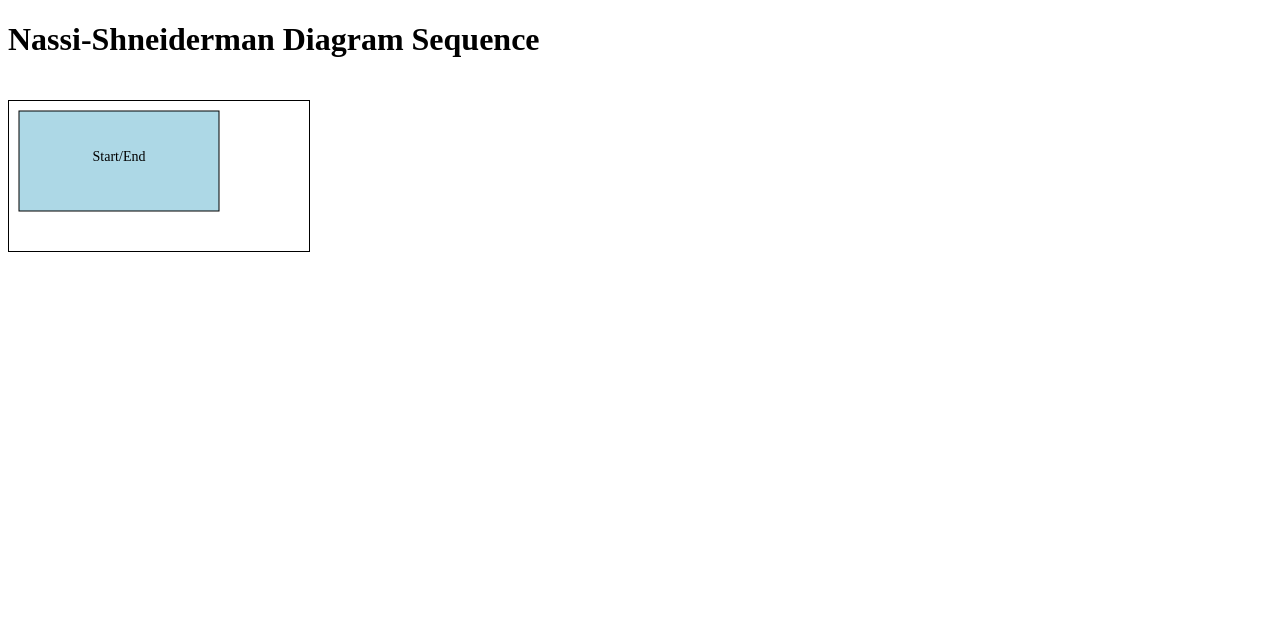
Repository: fabsch225/Nassi-Shneiderman-Compiler
Page: demo.html
The author's editor kept a copy of each file at every save. The page is drawn from the files as they stood at one save, then again after the next save.
The browser window is 1280 px wide. The pictures show the whole page.

Above is the page before, as saved 2024-05-15 21:06:24.

### demo.html
<!DOCTYPE html>
<html lang="en">
<head>
<meta charset="UTF-8">
<meta name="viewport" content="width=device-width, initial-scale=1.0">
<title>Nassi-Shneiderman Diagram Sequence</title>
<style>
    svg {
        border: 1px solid black;
        margin: 20px auto;
    }
</style>
</head>
<body>
<h1>Nassi-Shneiderman Diagram Sequence</h1>
<svg id="canvas"></svg>

<script>
    function createStartEndBlock(x, y, width, height) {
        return `<rect x="${x}" y="${y}" width="${width}" height="${height}" stroke="black" fill="lightblue" />
                <text x="${x + width / 2}" y="${y + height / 2}" font-size="14px" fill="black" text-anchor="middle">Start/End</text>`;
    }

    function createSequenceBlock(x, y, width, height) {
        return `<rect x="${x}" y="${y}" width="${width}" height="${height}" stroke="black" fill="lightgreen" />
                <text x="${x + width / 2}" y="${y + height / 2}" font-size="14px" fill="black" text-anchor="middle">Sequence</text>`;
    }

    function createDecisionBlock(x, y, width, height) {
        return `<polygon points="${x},${y + height / 2} ${x + width / 2},${y} ${x + width},${y + height / 2} ${x + width / 2},${y + height}" stroke="black" fill="lightyellow" />
                <text x="${x + width / 2}" y="${y + height / 2}" font-size="14px" fill="black" text-anchor="middle">Decision</text>`;
    }

    function createLoopBlock(x, y, width, height) {
        return `<rect x="${x}" y="${y}" width="${width}" height="${height}" stroke="black" fill="lightcoral" />
                <text x="${x + width / 2}" y="${y + height / 2}" font-size="14px" fill="black" text-anchor="middle">Loop</text>`;
    }

    function createForeachBlock(x, y, width, height) {
        const textX = x + width / 2;
        const textY = y + height / 2;
        const lineHeight = 20;
        const textIndent = 10;

        return `<rect x="${x}" y="${y}" width="${width}" height="${height}" stroke="black" fill="lightpink" />
                <text x="${textX}" y="${textY - lineHeight}" font-size="14px" fill="black" text-anchor="middle">Foreach</text>
                <text x="${textX}" y="${textY}" font-size="14px" fill="black" text-anchor="middle">Item:</text>
                <text x="${textX}" y="${textY + lineHeight}" font-size="14px" fill="black" text-anchor="middle" style="text-indent: ${textIndent}px;">Loop body</text>`;
    }

    function createJumpBlock(x, y, width, height) {
        return `<rect x="${x}" y="${y}" width="${width}" height="${height}" stroke="black" fill="lightgrey" />
                <text x="${x + width / 2}" y="${y + height / 2}" font-size="14px" fill="black" text-anchor="middle">Jump</text>`;
    }

    function createSwitchCaseBlock(x, y, width, height, cases) {
        const caseHeight = height / (cases.length + 1);
        let switchCaseSVG = `<rect x="${x}" y="${y}" width="${width}" height="${height}" stroke="black" fill="lightcyan" />`;

        cases.forEach((item, index) => {
            const caseY = y + caseHeight * (index + 1);
            switchCaseSVG += `<text x="${x + width / 2}" y="${caseY}" font-size="14px" fill="black" text-anchor="middle">${item}</text>`;
        });

        switchCaseSVG += `<text x="${x + width / 2}" y="${y + 20}" font-size="14px" fill="black" text-anchor="middle">Switch</text>`;
        return switchCaseSVG;
    }

    var svgContainer = document.getElementById('canvas');
    const blockWidth = 200;
    const blockHeight = 100;
    const gap = 50;
    let currentY = 10;

    // Create Start/End Block
    svgContainer.innerHTML += createStartEndBlock(10, currentY, blockWidth, blockHeight);
    currentY += blockHeight + gap;

    // Create Sequence Block
    svgContainer.innerHTML += createSequenceBlock(10, currentY, blockWidth, blockHeight);
    currentY += blockHeight + gap;

    // Create Decision Block
    svgContainer.innerHTML += createDecisionBlock(10, currentY, blockWidth, blockHeight);
    currentY += blockHeight + gap;

    // Create Loop Block
    svgContainer.innerHTML += createLoopBlock(10, currentY, blockWidth, blockHeight);
    currentY += blockHeight + gap;

    // Create Foreach Block
    svgContainer.innerHTML += createForeachBlock(10, currentY, blockWidth, blockHeight);
    currentY += blockHeight + gap;

    // Create Jump Block
    svgContainer.innerHTML += createJumpBlock(10, currentY, blockWidth, blockHeight);
    currentY += blockHeight + gap;

    // Create Switch Case Block
    svgContainer.innerHTML += createSwitchCaseBlock(10, currentY, blockWidth, blockHeight * 2, ['Case 1', 'Case 2', 'Case 3']);

</script>
</body>
</html>

After the next save:
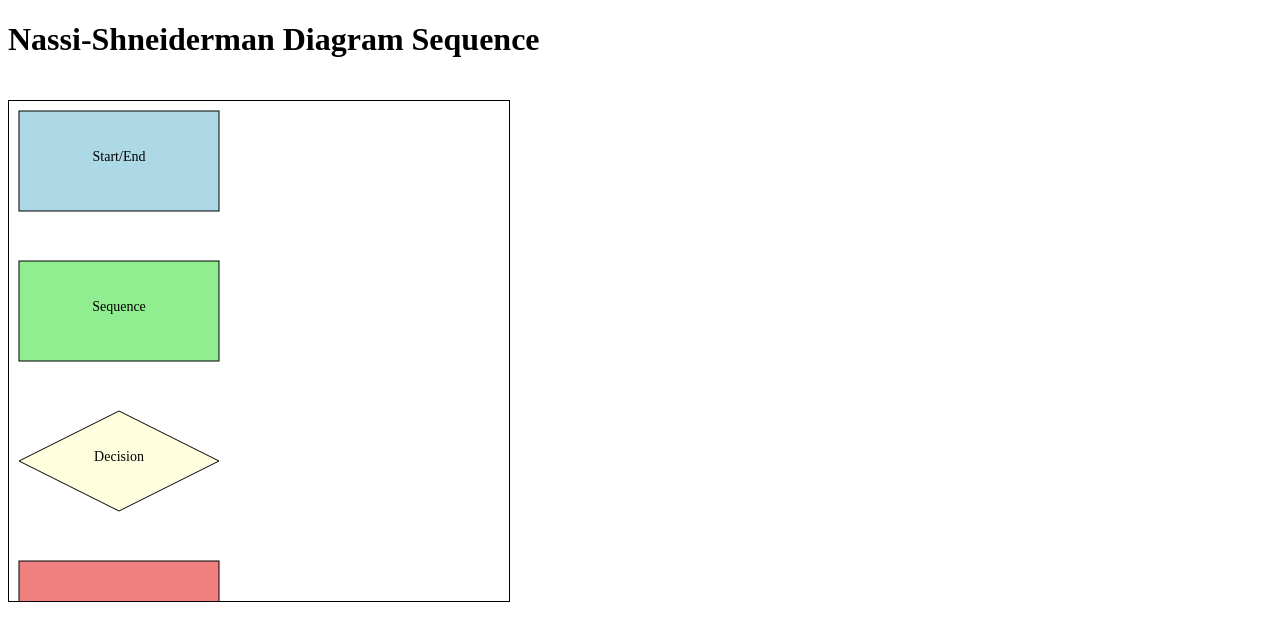
Saved 45 s later.
--- a/demo.html
+++ b/demo.html
@@ -8,12 +8,14 @@
     svg {
         border: 1px solid black;
         margin: 20px auto;
+        width: 500px;
+        height: 500px;
     }
 </style>
 </head>
 <body>
 <h1>Nassi-Shneiderman Diagram Sequence</h1>
-<svg id="canvas"></svg>
+<svg id="canvas" ></svg>
 
 <script>
     function createStartEndBlock(x, y, width, height) {
